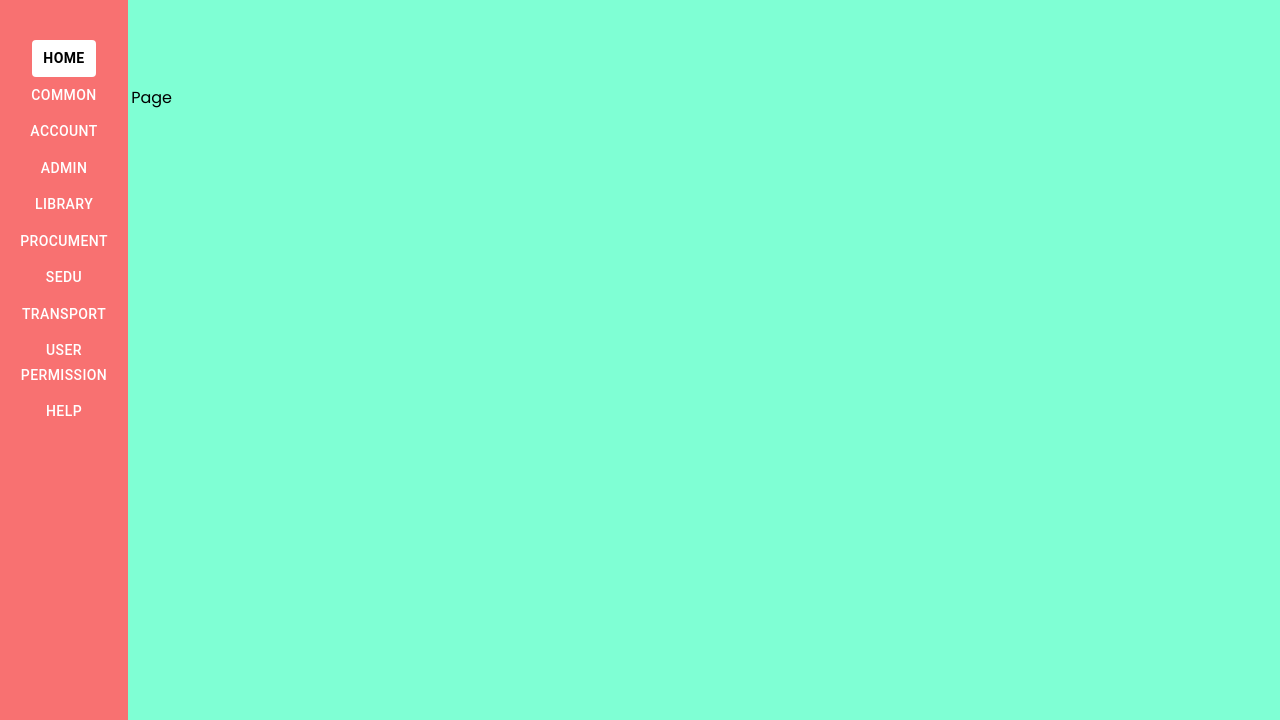
Repository: virangaj/NIFS-WebApp
Page: / (app in client/)
An editor plug-in stored every save of this project. The page is shown before and after the next save, followed by the edit.
The browser window is 1280 px wide. The pictures show the whole page.
The project was rebuilt for these pictures with package versions that can differ from the ones it lists, and the page was loaded fresh each time. Also part of the build but not shown: client/src/pages/Login.tsx, client/src/components/Transport/shared/TransportNavbar.js, client/src/pages/TransportMainPage.tsx, client/src/pages/CommonMainPage.tsx, client/src/pages/AccountMainPage.tsx, client/src/pages/AdminMainPage.tsx, client/src/pages/LibraryMainPage.js, client/src/pages/ProcumentMainPage.js and 15 more.

Above is the page before, as saved 2022-07-30 22:14:11.

After the next save:
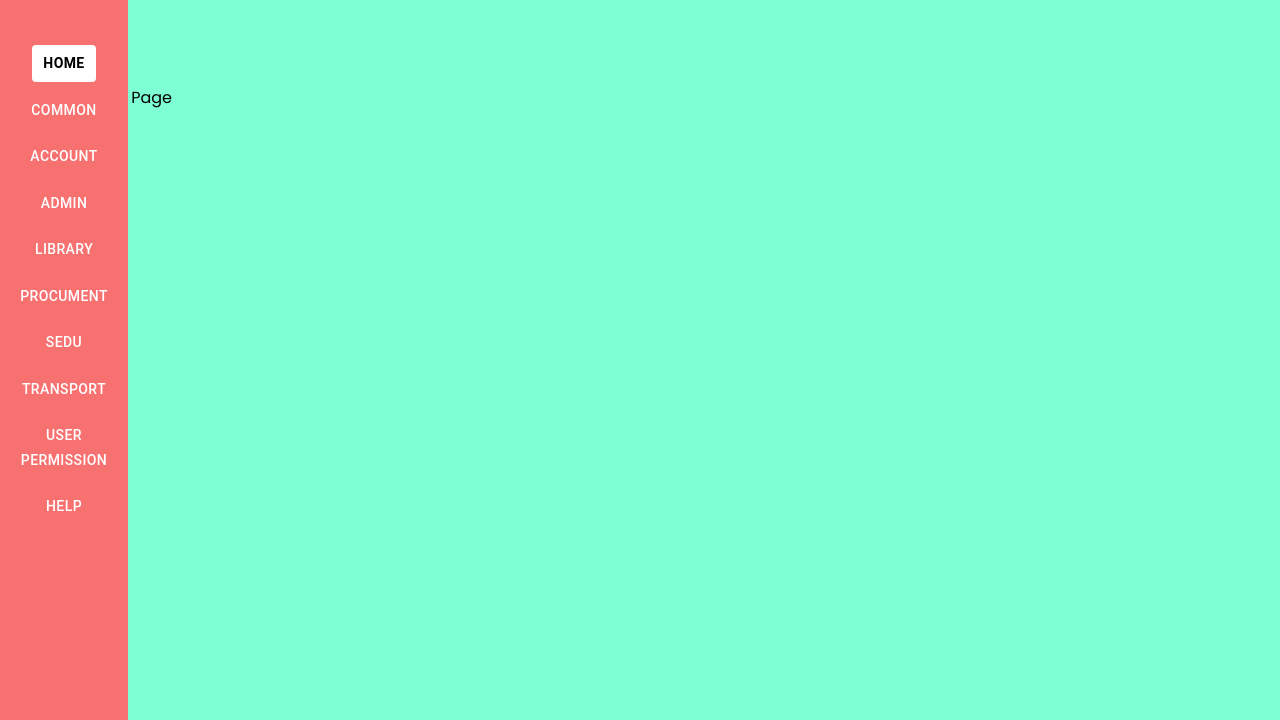
Saved 24 s later.
--- a/client/src/components/shared/VerticalMainNavbar.tsx
+++ b/client/src/components/shared/VerticalMainNavbar.tsx
@@ -17,7 +17,7 @@ function VerticalMainNavbar() {
                         <Link to={page.link} style={{ textDecoration: 'none' }} key={index}>
                             <Button
 
-                                sx={{ color: 'white', display: 'block' }}
+                                sx={{ my: "5px", color: 'white', display: 'block' }}
                                 style={{ backgroundColor: '#fff', color: '#000', fontWeight: 700 }}
 
 
@@ -30,7 +30,7 @@ function VerticalMainNavbar() {
                             <Button
                                 key={page.id}
 
-                                sx={{ color: 'white', display: 'block' }}
+                                sx={{ my: "5px", color: 'white', display: 'block' }}
 
                             >
                                 {page.title}
